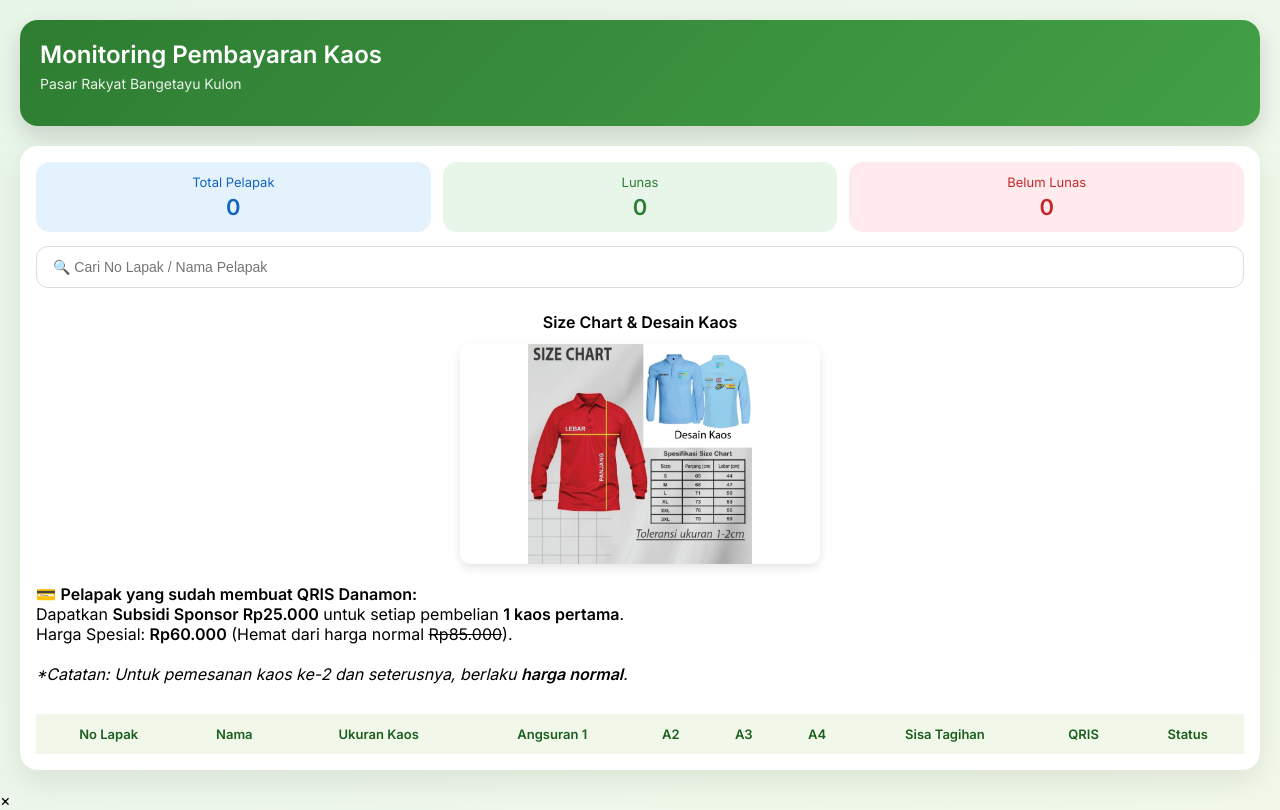
Repository: pasarrakyatbak/monitoringpembayarankaos
Page: index.html
These files come from the project's save history. The page is drawn as it stood at one moment and after a run of saves; the edit follows.
The browser window is 1280 px wide. The pictures show the whole page.
The page's requests for data from a server got no answer.

Above is the page before, as saved 2026-01-04 14:33:43.

### index.html
<!DOCTYPE html>
<html lang="id">

<head>
    <meta charset="UTF-8">
    <meta name="viewport" content="width=device-width, initial-scale=1.0">
    <title>Monitoring Pembayaran Kaos</title>

    <!-- FONT -->
    <link rel="preconnect" href="https://fonts.googleapis.com">
    <link rel="preconnect" href="https://fonts.gstatic.com" crossorigin>
    <link href="https://fonts.googleapis.com/css2?family=Inter:wght@400;500;600&display=swap" rel="stylesheet">

    <link rel="stylesheet" href="style.css">
</head>

<body>

    <div class="app">

        <!-- HEADER -->
        <header class="header">
            <h1>Monitoring Pembayaran Kaos</h1>
            <p>Pasar Rakyat Bangetayu Kulon</p>
        </header>

        <!-- CARD -->
        <div class="card">

            <!-- RINGKASAN -->
            <div class="summary" id="summary">
                <div class="summary-card total">
                    <span>Total Pelapak</span>
                    <strong id="totalPelapak">0</strong>
                </div>
                <div class="summary-card lunas">
                    <span>Lunas</span>
                    <strong id="totalLunas">0</strong>
                </div>
                <div class="summary-card belum">
                    <span>Belum Lunas</span>
                    <strong id="totalBelum">0</strong>
                </div>
            </div>

            <!-- TOOLBAR -->
            <div class="toolbar">
                <input type="text" id="searchInput" placeholder="🔍 Cari No Lapak / Nama Pelapak">
            </div>

            <!-- ====== SECTION GAMBAR KAOS ====== -->
            <section class="kaos-section">
                <h2>Size Chart & Desain Kaos</h2>

                <div class="kaos-image-wrapper">
                    <img src="assets/img/kaos.png" alt="Size Chart dan Desain Kaos" class="kaos-image" id="kaosImage">
                </div>
            </section>
            <!-- ===== INFO SUBSIDI QRIS ===== -->
            <div class="qris-info">
                <p>
                    💳 <strong>Pelapak yang sudah membuat QRIS Danamon:</strong><br>
                    Dapatkan <strong>Subsidi Sponsor Rp25.000</strong> untuk setiap pembelian <strong>1 kaos
                        pertama</strong>.<br>
                    Harga Spesial: <strong>Rp60.000</strong> (Hemat dari harga normal <del>Rp85.000</del>).<br><br>
                    <em>*Catatan: Untuk pemesanan kaos ke-2 dan seterusnya, berlaku <strong>harga normal</strong>.</em>
                </p>
            </div>
            <!-- DESKTOP TABLE -->
            <div class="desktop-view">
                <table>
                    <thead>
                        <tr>
                            <th>No Lapak</th>
                            <th>Nama</th>
                            <th>Ukuran Kaos</th>
                            <th>Angsuran 1</th>
                            <th>A2</th>
                            <th>A3</th>
                            <th>A4</th>
                            <th>Sisa Tagihan</th>
                            <th>QRIS</th>
                            <th>Status</th>
                        </tr>
                    </thead>
                    <tbody id="tableBody"></tbody>
                </table>
            </div>

            <!-- MOBILE CARD -->
            <div class="mobile-view" id="cardContainer"></div>

        </div>
    </div>

    <!-- ===== MODAL ZOOM GAMBAR ===== -->
    <div class="image-modal hidden" id="imageModal">
        <span class="close">&times;</span>
        <img class="modal-content" id="modalImg">
    </div>

    <!-- ===== LOADING OVERLAY ===== -->
    <div id="loadingOverlay" class="loading-overlay hidden">
        <div class="spinner"></div>
        <p>Memuat data...</p>
    </div>
    <script src="script.js"></script>
    <!-- LOADING OVERLAY -->
    <div id="loadingOverlay" class="loading-overlay hidden">
        <div class="spinner"></div>
        <p>Memuat data...</p>
    </div>
</body>

</html>

### style.css
* {
  box-sizing: border-box;
}

body {
  margin: 0;
  font-family: 'Inter', sans-serif;
  background: linear-gradient(135deg, #e8f5e9, #f1f8e9);
}

.app {
  max-width: 1400px;
  margin: auto;
  padding: 20px;
}

/* ================= HEADER ================= */
.header {
  background: linear-gradient(135deg, #2e7d32, #43a047);
  color: #fff;
  padding: 20px;
  border-radius: 18px;
  box-shadow: 0 10px 25px rgba(0, 0, 0, .15);
}

.header h1 {
  margin: 0;
  font-size: 24px;
}

.header p {
  margin-top: 6px;
  opacity: .9;
  font-size: 14px;
}

/* ================= CARD ================= */
.card {
  margin-top: 20px;
  background: #fff;
  border-radius: 18px;
  padding: 16px;
  box-shadow: 0 12px 30px rgba(0, 0, 0, .08);
}

/* ================= SUMMARY ================= */
.summary {
  display: grid;
  grid-template-columns: repeat(3, 1fr);
  gap: 12px;
  margin-bottom: 14px;
}

.summary-card {
  background: #f5f5f5;
  border-radius: 14px;
  padding: 12px;
  text-align: center;
  font-size: 13px;
}

.summary-card strong {
  display: block;
  font-size: 22px;
  margin-top: 4px;
}

.summary-card.total {
  background: #e3f2fd;
  color: #1565c0;
}

.summary-card.lunas {
  background: #e8f5e9;
  color: #2e7d32;
}

.summary-card.belum {
  background: #ffebee;
  color: #c62828;
}

/* ================= TOOLBAR ================= */
.toolbar input {
  width: 100%;
  padding: 12px 16px;
  border-radius: 12px;
  border: 1px solid #ddd;
  font-size: 14px;
}

.toolbar input:focus {
  outline: none;
  border-color: #2e7d32;
}

/* ================= TABLE ================= */
.desktop-view {
  overflow-x: auto;
}

table {
  width: 100%;
  border-collapse: collapse;
  margin-top: 14px;
  min-width: 1000px;
}

thead th {
  background: #f1f8e9;
  color: #1b5e20;
  padding: 12px;
  font-size: 13px;
  position: sticky;
  top: 0;
}

tbody td {
  padding: 12px;
  font-size: 13px;
  text-align: center;
  border-bottom: 1px solid #eee;
}

tbody tr:hover {
  background: #fafafa;
}

/* 🔴 AUTO MERAH BELUM LUNAS */
tr.belum-lunas {
  background: #ffebee !important;
}

tr.belum-lunas:hover {
  background: #ffcdd2 !important;
}

/* ================= BADGE ================= */
.badge {
  padding: 4px 10px;
  border-radius: 20px;
  font-size: 12px;
  font-weight: 600;
}

.badge-lunas {
  background: #e8f5e9;
  color: #2e7d32;
}

.badge-belum {
  background: #fff3e0;
  color: #ef6c00;
}

.badge-yes {
  background: #e3f2fd;
  color: #1565c0;
}

.badge-no {
  background: #fce4ec;
  color: #c2185b;
}

/* ================= MOBILE CARD ================= */
.mobile-view {
  display: none;
  margin-top: 16px;
  gap: 14px;
}

.pelapak-card {
  background: #fff;
  border-radius: 16px;
  padding: 14px;
  box-shadow: 0 8px 20px rgba(0, 0, 0, .08);
  border-left: 6px solid #2e7d32;
}

/* 🔴 CARD MERAH BELUM LUNAS */
.pelapak-card.belum-lunas {
  border-left-color: #c62828;
  background: #fff5f5;
}

.pelapak-header {
  display: flex;
  justify-content: space-between;
  align-items: center;
}

.lapak {
  font-weight: 600;
  color: #1b5e20;
}

.nama {
  font-size: 13px;
  color: #555;
}

.pelapak-body {
  margin-top: 10px;
  display: grid;
  grid-template-columns: repeat(2, 1fr);
  gap: 8px;
}

.item {
  background: #f1f8e9;
  border-radius: 10px;
  padding: 8px;
  text-align: center;
  font-size: 12px;
}

.item span {
  display: block;
  font-size: 11px;
  color: #666;
}

.summary {
  display: grid;
  grid-template-columns: repeat(3, 1fr);
  gap: 12px;
  margin-bottom: 14px;
}

.summary-card {
  border-radius: 14px;
  padding: 12px;
  text-align: center;
  font-size: 13px;
}

.summary-card strong {
  display: block;
  font-size: 22px;
  margin-top: 4px;
}

.summary-card.total {
  background: #e3f2fd;
  color: #1565c0;
}

.summary-card.lunas {
  background: #e8f5e9;
  color: #2e7d32;
}

.summary-card.belum {
  background: #ffebee;
  color: #c62828;
}

/* ================= LOADING ================= */
.loading-overlay {
  position: fixed;
  top: 0;
  left: 0;
  width: 100%;
  height: 100%;
  background: rgba(255, 255, 255, 0.85);
  display: flex;
  flex-direction: column;
  align-items: center;
  justify-content: center;
  z-index: 9999;
  backdrop-filter: blur(4px);
}

.loading-overlay p {
  margin-top: 12px;
  font-size: 14px;
  color: #2e7d32;
  font-weight: 500;
}

.loading-overlay.hidden {
  display: none;
}

.spinner {
  width: 48px;
  height: 48px;
  border: 5px solid #e0e0e0;
  border-top: 5px solid #2e7d32;
  border-radius: 50%;
  animation: spin 1s linear infinite;
}

@keyframes spin {
  to {
    transform: rotate(360deg);
  }
}

/* =============================
   SECTION GAMBAR KAOS
============================= */
.kaos-section {
  margin-top: 24px;
  text-align: center;
}

.kaos-section h2 {
  font-size: 16px;
  font-weight: 600;
  margin-bottom: 12px;
}

/* WRAPPER */
.kaos-image-wrapper {
  max-width: 360px;
  /* BATAS LEBAR */
  margin: 0 auto;
}

/* GAMBAR */
.kaos-image {
  width: 100%;
  max-height: 220px;
  /* BATAS TINGGI */
  object-fit: contain;
  border-radius: 10px;
  box-shadow: 0 4px 10px rgba(0, 0, 0, .1);
}

/* TEKS HINT */
.hint {
  font-size: 12px;
  color: #777;
  margin-top: 6px;
}

/* =============================
   RESPONSIVE DESKTOP
============================= */
/* ================= RESPONSIVE ================= */
@media (max-width: 768px) {
  .summary {
    grid-template-columns: 1fr;
  }

  .kaos-image-wrapper {
    max-width: 420px;
  }

  .kaos-image {
    max-height: 260px;
  }

  .desktop-view {
    display: none;
  }

  .mobile-view {
    display: grid;
    grid-template-columns: 1fr;
    gap: 16px;
  }

  .summary {
    grid-template-columns: 1fr;
  }

  .lapak {
    font-size: 16px;
  }

  .nama {
    font-size: 14px;
  }

  .pelapak-body {
    font-size: 13px;
  }

  .item.full {
    grid-column: span 2;
  }

  .item strong {
    font-weight: 600;
    color: #2e7d32;
  }
}

### script.js
const API_URL = "https://script.google.com/macros/s/AKfycby4z2qZ24SrJkcyGpybH29lSUC_3_z1LG-7wSmTzpaOEXrwjXf0Cl3hqkg95qAxPj1-/exec";

let allData = [];

document.addEventListener('DOMContentLoaded', () => {
    const searchInput = document.getElementById('searchInput');
    const tableBody = document.getElementById('tableBody');
    const cardContainer = document.getElementById('cardContainer');

    const loadingOverlay = document.getElementById('loadingOverlay');

    // =============================
    // LOADING HELPER
    // =============================
    function showLoading() {
        loadingOverlay.classList.remove('hidden');
    }

    function hideLoading() {
        loadingOverlay.classList.add('hidden');
    }

    // =============================
    // LOAD DATA
    // =============================
    async function loadData() {
        try {
            showLoading();

            const res = await fetch(API_URL + "?action=list");
            const data = await res.json();

            allData = data;
            renderAll(data);
            renderSummary(data);

        } catch (err) {
            console.error(err);
            alert("Gagal memuat data");
        } finally {
            hideLoading();
        }
    }

    // =============================
    // SUMMARY
    // =============================
    function renderSummary(data) {
        const totalPelapak = data.length;
        const totalLunas = data.filter(d => d.lunas).length;
        const totalBelum = totalPelapak - totalLunas;

        document.getElementById('totalPelapak').textContent = totalPelapak;
        document.getElementById('totalLunas').textContent = totalLunas;
        document.getElementById('totalBelum').textContent = totalBelum;
    }

    // =============================
    // RENDER ALL
    // =============================
    function renderAll(data) {
        renderTable(data);
        renderCard(data);
    }

    // =============================
    // TABLE (DESKTOP)
    // =============================
    function renderTable(data) {
        tableBody.innerHTML = '';

        data.forEach((row, index) => {
            const statusText = row.lunas ? 'Lunas' : 'Belum Lunas';
            const statusBadge = row.lunas ? 'badge-lunas' : 'badge-belum';
            const rowClass = row.lunas ? '' : 'belum-lunas';

            tableBody.innerHTML += `
        <tr class="${rowClass}">
          <td>${row.noLapak}</td>
          <td>${row.nama}</td>
          <td>${row.ukuran}</td>
          <td>${row.a1}</td>
          <td>${row.a2}</td>
          <td>${row.a3}</td>
          <td>${row.a4}</td>
          <td>Rp ${Number(row.total).toLocaleString('id-ID')}</td>
          <td>
            <input type="checkbox" ${row.qris ? 'checked' : ''} data-index="${index}">
          </td>
          <td>
            <span class="badge ${statusBadge}">${statusText}</span>
          </td>
        </tr>
      `;
        });
    }

    // =============================
    // CARD (MOBILE)
    // =============================
    function renderCard(data) {
        cardContainer.innerHTML = '';

        data.forEach((row, index) => {
            const statusText = row.lunas ? 'Lunas' : 'Belum Lunas';
            const statusBadge = row.lunas ? 'badge-lunas' : 'badge-belum';
            const cardClass = row.lunas ? '' : 'belum-lunas';

            cardContainer.innerHTML += `
        <div class="pelapak-card ${cardClass}">
          <div class="pelapak-header">
            <div>
              <div class="lapak">Lapak ${row.noLapak}</div>
              <div class="nama">${row.nama}</div>
            </div>
            <span class="badge ${statusBadge}">${statusText}</span>
          </div>

          <div class="pelapak-body">
            <div class="item"><span>Ukuran</span><strong>${row.ukuran}</strong></div>
            <div class="item"><span>A1</span><strong>${row.a1}</strong></div>
            <div class="item"><span>A2</span><strong>${row.a2}</strong></div>
            <div class="item"><span>A3</span><strong>${row.a3}</strong></div>
            <div class="item"><span>A4</span><strong>${row.a4}</strong></div>
            <div class="item"><span>Sisa Tagihan</span><strong>Rp ${Number(row.total).toLocaleString('id-ID')}</strong></div>
            <div class="item full">
              <span>QRIS</span>
              <input type="checkbox" ${row.qris ? 'checked' : ''} data-index="${index}">
            </div>
          </div>
        </div>
      `;
        });
    }


    // =============================
    // UPDATE QRIS (WITH LOADING)
    // =============================
    document.body.addEventListener('change', async (e) => {
        if (e.target.type === 'checkbox' && e.target.dataset.index !== undefined) {
            const index = e.target.dataset.index;

            try {
                showLoading();

                const formData = new FormData();
                formData.append("action", "updateQRIS");
                formData.append("index", index);
                formData.append("qris", e.target.checked ? "true" : "false");

                await fetch(API_URL, {
                    method: "POST",
                    body: formData
                });

                await loadData();
            } catch (err) {
                console.error(err);
                alert("Gagal update data");
            } finally {
                hideLoading();
            }
        }
    });

    // =============================
    // SEARCH
    // =============================
    searchInput.addEventListener('keyup', () => {
        const keyword = searchInput.value.toLowerCase();

        const filtered = allData.filter(item =>
            item.noLapak.toString().includes(keyword) ||
            item.nama.toLowerCase().includes(keyword)
        );

        renderAll(filtered);
        renderSummary(filtered);
    });

    // INIT
    loadData();
});

After the next 3 saves:
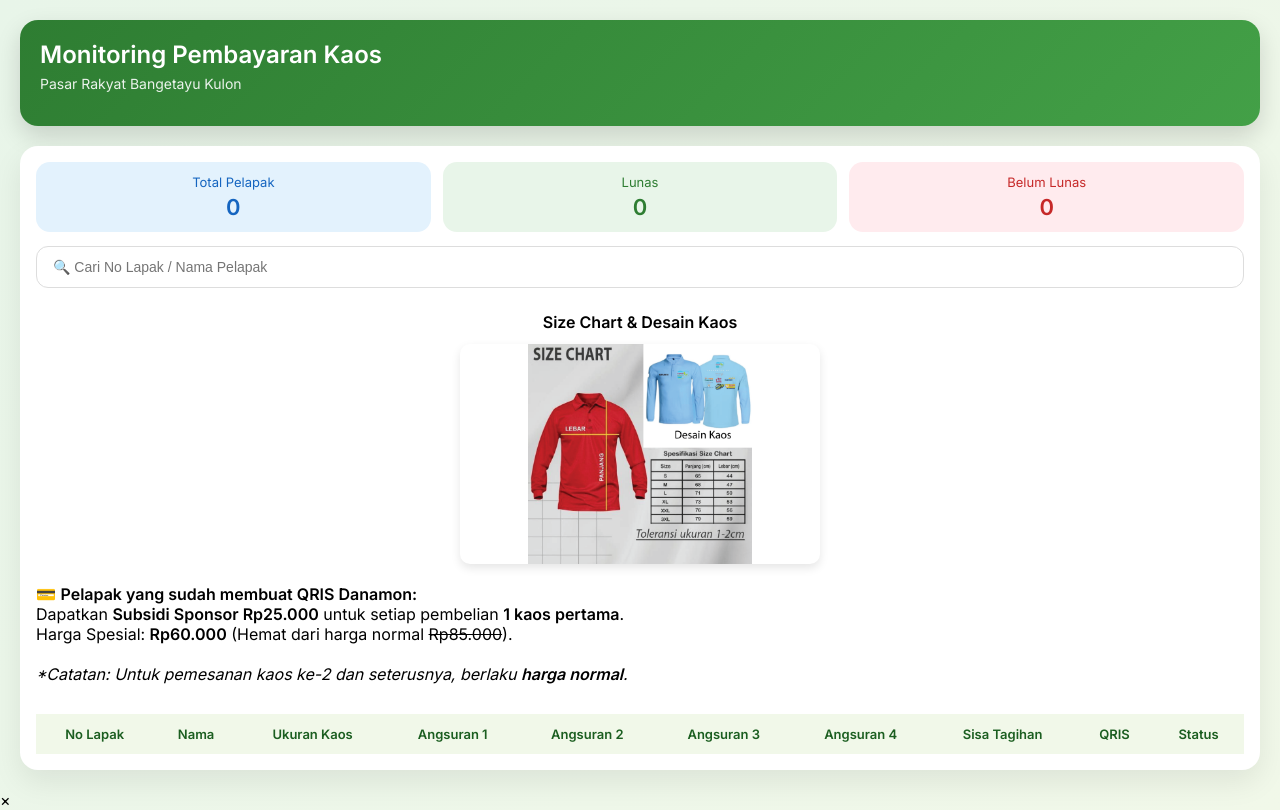
The 3 saves are shown as one change because they came seconds apart.
The last was saved 9 s later.
--- a/index.html
+++ b/index.html
@@ -75,9 +75,9 @@
                             <th>Nama</th>
                             <th>Ukuran Kaos</th>
                             <th>Angsuran 1</th>
-                            <th>A2</th>
-                            <th>A3</th>
-                            <th>A4</th>
+                            <th>Angsuran 2</th>
+                            <th>Angsuran 3</th>
+                            <th>Angsuran 4</th>
                             <th>Sisa Tagihan</th>
                             <th>QRIS</th>
                             <th>Status</th>
